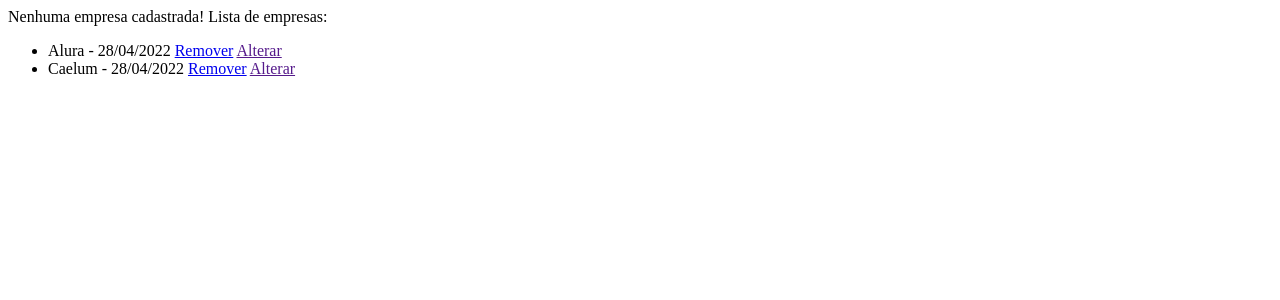
Repository: carolruo/alura-formacao-backend
Page: http://localhost/gerenciador/listaEmpresas
The author's editor kept a copy of each file at every save. The page is drawn from the files as they stood at one save, then again after the next save.
The browser window is 1280 px wide. The pictures show the whole page.
The page is served by Tomcat 9. Other server files are loaded and not shown.

Above is the page before, as saved 2022-05-04 17:03:17.

### java-servlets/gerenciador/WebContent/listaEmpresas.jsp
<%@ page language="java" contentType="text/html; charset=ISO-8859-1"
    pageEncoding="ISO-8859-1"%>
<%@ page import="java.util.List, br.com.alura.gerenciador.servlet.Empresa"%>
<%@ taglib uri="http://java.sun.com/jsp/jstl/core" prefix="c"%>
<%@ taglib uri="http://java.sun.com/jsp/jstl/fmt" prefix="fmt"%>
<!DOCTYPE html>
<html>
<head>
<meta charset="ISO-8859-1">
<title>Insert title here</title>
</head>
<body>

		<c:if test="${not empty empresa}">
			Empresa ${empresa} cadastrada com sucesso!
		</c:if>
		<c:if test="${empty empresa}">
			Nenhuma empresa cadastrada!
		</c:if>

    Lista de empresas: <br />
    <ul>
    	<c:forEach items="${empresas}" var="empresa">
    		<li>${empresa.nome} - <fmt:formatDate value="${empresa.dataAbertura}" pattern="dd/MM/yyyy"/>
    		<a href="removerEmpresa?id=${empresa.id}">Remover</a>
    		<a href="">Alterar</a>
    		</li>
    	</c:forEach>
    </ul>
</body>
</html>

### java-servlets/gerenciador/src/br/com/alura/gerenciador/servlet/ListaEmpresas.java
package br.com.alura.gerenciador.servlet;

import java.io.IOException;
import java.util.List;

import javax.servlet.RequestDispatcher;
import javax.servlet.ServletException;
import javax.servlet.annotation.WebServlet;
import javax.servlet.http.HttpServlet;
import javax.servlet.http.HttpServletRequest;
import javax.servlet.http.HttpServletResponse;

/**
 * Servlet implementation class ListaEmpresasServlet
 */
@WebServlet("/listaEmpresas")
public class ListaEmpresas extends HttpServlet {
    private static final long serialVersionUID = 1L;

    protected void service(HttpServletRequest request, HttpServletResponse response)
            throws ServletException, IOException {

        BancoDeDados banco = new BancoDeDados();
        List<Empresa> lista = banco.getEmpresas();

        request.setAttribute("empresas", lista);

        RequestDispatcher rd = request.getRequestDispatcher("/listaEmpresas.jsp");
        rd.forward(request, response);
    }
}

### java-servlets/gerenciador/src/br/com/alura/gerenciador/servlet/BancoDeDados.java
package br.com.alura.gerenciador.servlet;

import java.util.ArrayList;
import java.util.Iterator;
import java.util.List;

public class BancoDeDados {

	private static List<Empresa> listaEmpresas = new ArrayList<>();
	//simular uma chave sequencial no banco de dados:
	private static Integer chaveSequencial = 1;

	static { //isso vai carregar assim que a classe inicializar, criando de antemao as empresas para fim de teste
		Empresa empresa1 = new Empresa();
		empresa1.setNome("Alura");
		empresa1.setId(chaveSequencial++);
		Empresa empresa2 = new Empresa();
		empresa2.setNome("Caelum");
		empresa2.setId(chaveSequencial++);

		listaEmpresas.add(empresa1);
		listaEmpresas.add(empresa2);
	}

	public void adiciona(Empresa empresa) {
		empresa.setId(chaveSequencial++);
		listaEmpresas.add(empresa);
	}

	public List<Empresa> getEmpresas() {
		return BancoDeDados.listaEmpresas;
	}

	//DELETE do banco de dados
	public void removerEmpresa(Integer id) {

		Iterator<Empresa> it = listaEmpresas.iterator();
		 while(it.hasNext()) {
		        Empresa emp = it.next();

		        if(emp.getId() == id ) {
		            it.remove();
		        }
		 }
	}

}

### java-servlets/gerenciador/src/br/com/alura/gerenciador/servlet/Empresa.java
package br.com.alura.gerenciador.servlet;

import java.util.Date;

public class Empresa {

	private Integer id;
	private String nome;
	private Date dataAbertura = new Date();

	public Integer getId() {
		return id;
	}
	public void setId(int id) {
		this.id = id;
	}
	public String getNome() {
		return nome;
	}
	public void setNome(String nome) {
		this.nome = nome;
	}
	public Date getDataAbertura() {
		return dataAbertura;
	}
	public void setDataAbertura(Date dataAbertura) {
		this.dataAbertura = dataAbertura;
	}


}

After the next save:
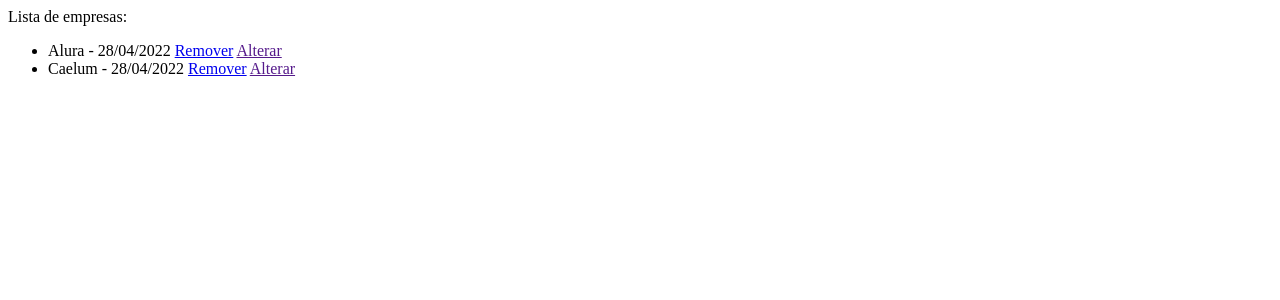
Saved 2 min 24 s later.
--- a/java-servlets/gerenciador/WebContent/listaEmpresas.jsp
+++ b/java-servlets/gerenciador/WebContent/listaEmpresas.jsp
@@ -14,9 +14,6 @@
 		<c:if test="${not empty empresa}">
 			Empresa ${empresa} cadastrada com sucesso!
 		</c:if>
-		<c:if test="${empty empresa}">
-			Nenhuma empresa cadastrada!
-		</c:if>
 
     Lista de empresas: <br />
     <ul>
